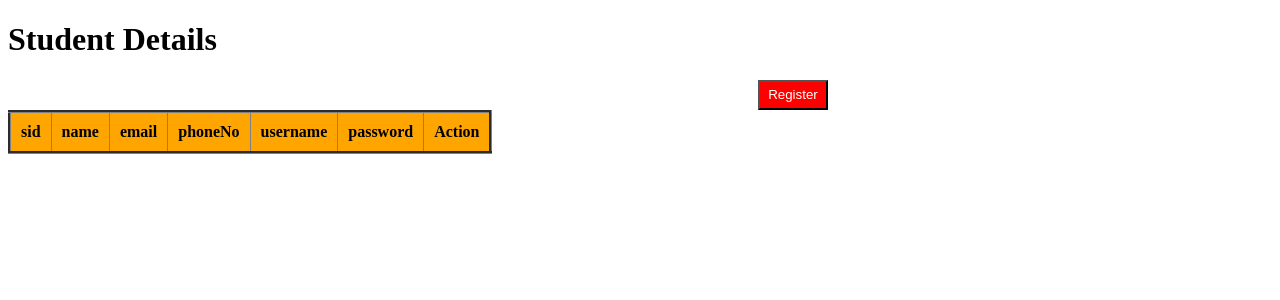
Repository: Madavahari/Servlets
Page: http://localhost/sms/allstd
The author's editor kept a copy of each file at every save. The page is drawn from the files as they stood at one save, then again after the next save.
The browser window is 1280 px wide. The pictures show the whole page.
The page is served by Tomcat 9. Other server files are loaded and not shown. Queries for data that is not in the repository find no rows.

Above is the page before, as saved 2024-10-17 04:34:19.

### servlets/sms/src/main/webapp/allstd.jsp
<%@page import="java.sql.ResultSet"%>
<%@ page language="java" contentType="text/html; charset=UTF-8"
    pageEncoding="UTF-8"%>
<!DOCTYPE html>
<html>
<head>
<style type="text/css">
#btn
{
background-color: red;
color:white;
margin-left: 750px;
height: 30px;
width: 70px;
}
</style>
<meta charset="UTF-8">
<title>All EMployee Details</title>
</head>
<body>
<h1>Student Details</h1>
<a href="register.jsp"><button id="btn">Register</button></a>

<table border="3" cellpadding="10" rules="all" >
<thead style="background-color: orange">
<tr>
<th>sid</th>
<th>name</th>
<th>email</th>
<th>phoneNo</th>
<th>username</th>
<th>password</th>
<th colspan="2">Action</th>
</tr>
</thead>
<%
ResultSet rs=(ResultSet)request.getAttribute("rs");
while(rs.next())
{
%>
<tr>
<td><%=rs.getString(1) %></td>
<td><%=rs.getString(2) %></td>
<td><%=rs.getString(3) %></td>
<td><%=rs.getString(4) %></td>
<td><%=rs.getString(5) %></td>
<td><%=rs.getString(6) %></td>
<td><a href="delete?id= <%= rs.getString(1) %>"><button>Delete</button></a></td>
<td><button>Update</button></td>

</tr>

<%
}
%>
</table>

</body>
</html>

### servlets/sms/src/main/java/org/jsp/sms/FetchAllStudentServlet.java
package org.jsp.sms;

import java.io.IOException;
import java.sql.Connection;
import java.sql.DriverManager;
import java.sql.ResultSet;
import java.sql.SQLException;
import java.sql.Statement;

import javax.servlet.RequestDispatcher;
import javax.servlet.ServletException;
import javax.servlet.annotation.WebServlet;
import javax.servlet.http.HttpServlet;
import javax.servlet.http.HttpServletRequest;
import javax.servlet.http.HttpServletResponse;

@WebServlet(urlPatterns="/allstd")
public class FetchAllStudentServlet extends HttpServlet
{
	@Override
	protected void doGet(HttpServletRequest req, HttpServletResponse resp) throws ServletException, IOException
	{
		try {
			Class.forName("com.mysql.cj.jdbc.Driver");
			Connection con=DriverManager.getConnection("jdbc:mysql://localhost:3306/sms","root","root");
			Statement s=con.createStatement();
			ResultSet rs=s.executeQuery("select * from student");



			req.setAttribute("rs", rs);
			RequestDispatcher rd=req.getRequestDispatcher("allstd.jsp");
			rd.forward(req, resp);

			rs.close();
			s.close();
			con.close();

		} catch (ClassNotFoundException | SQLException e) {
			e.printStackTrace();
		}

	}

}

After the next save:
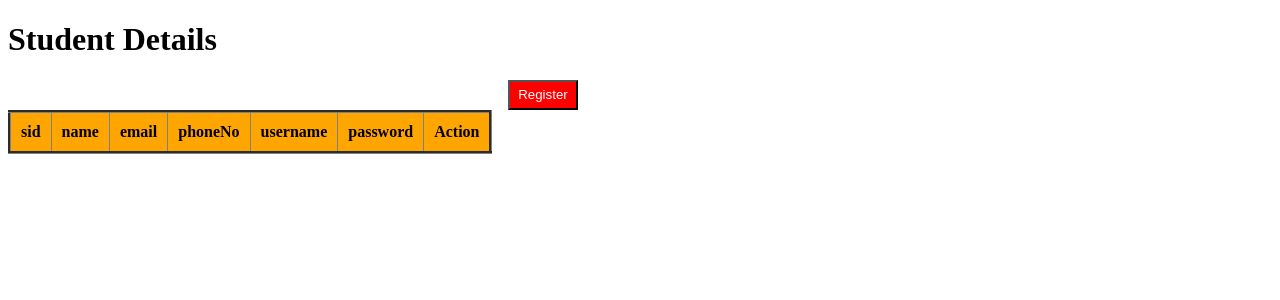
Saved 104 s later.
--- a/servlets/sms/src/main/webapp/allstd.jsp
+++ b/servlets/sms/src/main/webapp/allstd.jsp
@@ -9,7 +9,7 @@
 {
 background-color: red;
 color:white;
-margin-left: 750px;
+margin-left: 500px;
 height: 30px;
 width: 70px;
 }
